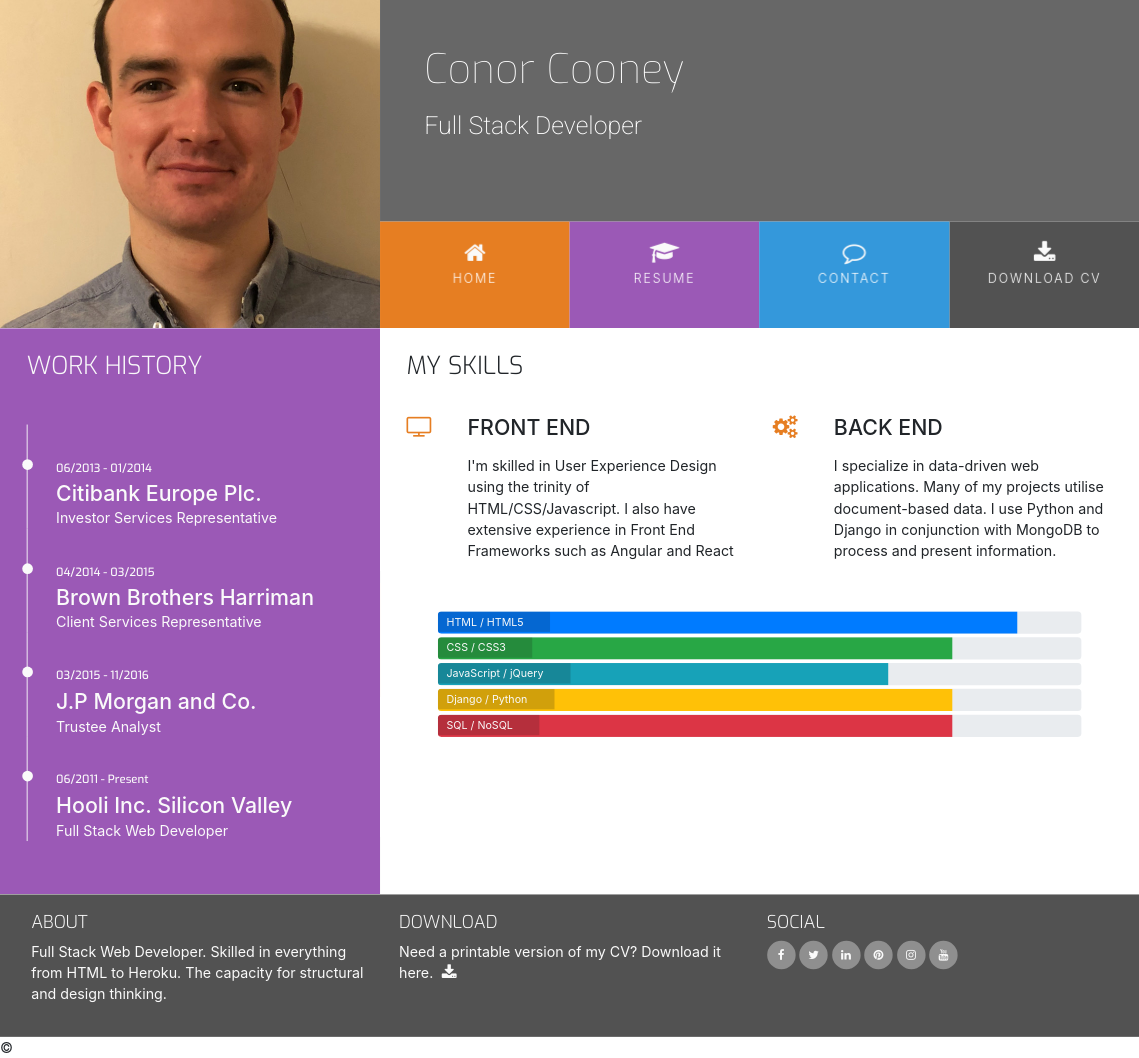
Repository: ConorTC1990/CONORCOONEY
Page: resume.html
The author's editor kept a record of every edit. The page is drawn from the files as they stood at one moment, then again after the next edit.
The browser window is 1280 px wide. The pictures show the whole page, at 89% of full size.
Some web libraries are served in a nearby version.

Above is the page before.

### resume.html
<!DOCTYPE html>
<html lang="en">
<head>
    <meta charset="UTF-8">
    <meta name="viewport" content="width=device-width, initial-scale=1.0">
    <meta http-equiv="X-UA-Compatible" content="ie=edge">
    <link rel="stylesheet" href="https://maxcdn.bootstrapcdn.com/bootstrap/4.2.1/css/bootstrap.min.css" type="text/css" />
    <link rel="stylesheet" href="https://maxcdn.bootstrapcdn.com/font-awesome/4.7.0/css/font-awesome.min.css" type="text/css" />
    <link rel="stylesheet" href="https://cdnjs.cloudflare.com/ajax/libs/hover.css/2.1.1/css/hover-min.css" type="text/css" />
    <link rel="stylesheet" href="assets/css/style.css">
    <title>Rosie</title>
</head>
<body>
    <header>
        <div class="row no-gutters">
            <a class="col-md-4 logo" href="02-index.html"></a>
            <div class="col-md-8">
                <div class="row no-gutters bg-color-name-title">
                    <div class="col heading">
                        <h1 class="name">Conor Cooney</h1>
                        <h2 class="title"> Full Stack Developer</h2>
                    </div>
                </div>
                <div class="row no-gutters">
                    <div class="col">
                        <ul id="nav" class="list-inline menucontainer">
                            <li class="col-6 col-sm-3 list-inline-item ui-menu-color-home menuitem">
                                <a href="index.html" class="hvr-sweep-to-bottom"><i class="fa fa-home" aria-hidden="true"></i><span>Home</span></a>
                            </li>
                            <li class="col-6 col-sm-3 list-inline-item ui-menu-color-resume menuitem">
                                <a href="resume.html" class="hvr-sweep-to-bottom"><i class="fa fa-graduation-cap" aria-hidden="true"></i><span>Resume</span></a>
                            </li>
                            <li class="col-6 col-sm-3 list-inline-item ui-menu-color-contact menuitem">
                                <a href="contact.html" class="hvr-sweep-to-bottom"><i class="fa fa-comment-o" aria-hidden="true"></i><span>Contact</span></a>
                            </li>
                            <li class="col-6 col-sm-3 list-inline-item ui-menu-color-download menuitem">
                                <a href="assets/CV/CV_May_2019.pdf" target="_blank" class="hvr-sweep-to-bottom"><i class="fa fa-download" aria-hidden="true"></i><span>Download CV</span></a>
                            </li>
                        </ul>
                    </div>
                </div>
            </div>
        </div>
    </header>
    <section class="container-fluid">
        <div class="row">
            <div class="col-md-4 bg-color-work-history section-column">
                <div class="row">
                    <div class="col-12">
                        <h3 class="history-heading uppercase">
                            Work History
                        </h3>
                    </div>
                </div>
                <div class="history-items">
                    <div class="timeline-item" data-dates="06/2013 - 01/2014">
                        <h4>Citibank Europe Plc.</h4>
                        <p>Investor Services Representative</p>
                    </div>
                    <div class="timeline-item" data-dates="04/2014 - 03/2015">
                        <h4>Brown Brothers Harriman </h4>
                        <p>Client Services Representative</p>
                    </div>
                    <div class="timeline-item" data-dates="03/2015 - 11/2016">
                        <h4>J.P Morgan and Co.</h4>
                        <p>Trustee Analyst</p>
                    </div>
                    <div class="timeline-item" data-dates="06/2011 - Present">
                        <h4>Hooli Inc. Silicon Valley</h4>
                        <p>Full Stack Web Developer</p>
                    </div>
                </div>
            </div>
            <div class="col-md-8 bg-color-three-reasons section-column">
                <div class="row">
                    <div class="col">
                        <h3 class="section-heading uppercase">My Skills</h3>
                    </div>
                </div>
                <div class="row">
                    <div class="col-10 offset-1 offset-sm-0 col-sm-4 col-md-6">
                        <div class="row">
                            <div class="col-2">
                                <i class="three-reasons-icon fa fa-tv" aria-hidden="true"></i>
                            </div>
                            <div class="col-10">
                                <h4 class="three-reasons-heading uppercase">Front End</h4>
                                <p>
                                    I'm skilled in User Experience Design using the trinity of HTML/CSS/Javascript. I also have extensive experience in Front End Frameworks such as Angular and React
                                </p>
                            </div>
                        </div>
                    </div>
                    <div class="col-10 offset-1 offset-sm-0 col-sm-4 col-md-6">
                        <div class="row">
                            <div class="col-2">
                                <i class="three-reasons-icon fa fa-gears" aria-hidden="true"></i>
                            </div>
                            <div class="col-10">
                                <h4 class="three-reasons-heading uppercase">Back End</h4>
                                <p>
                                    I specialize in data-driven web applications. Many of my projects utilise document-based data. I use Python and Django in conjunction with MongoDB to process and present information.
                                </p>
                            </div>
                        </div>
                    </div>
                </div>
                <div class="row progress-section">
                    <div class="col">
                        <div class="progress">
                            <div class="progress-bar" role="progressbar" aria-valuenow="90" aria-valuemin="0" aria-valuemax="100" style="width:90%;">
                                <span class="sr-only">90% complete</span>
                            </div>
                            <span class="progress-type">HTML / HTML5</span>
                        </div>
                        <div class="progress">
                            <div class="progress-bar bg-success" role="progressbar" aria-valuenow="80" aria-valuemin="0" aria-valuemax="100" style="width:80%;">
                                <span class="sr-only">80% complete</span>
                            </div>
                            <span class="progress-type">CSS / CSS3</span>
                        </div>
                        <div class="progress">
                            <div class="progress-bar bg-info" role="progressbar" aria-valuenow="70" aria-valuemin="0" aria-valuemax="100" style="width:70%;">
                                <span class="sr-only">70% complete</span>
                            </div>
                            <span class="progress-type">JavaScript / jQuery</span>
                        </div>
                        <div class="progress">
                            <div class="progress-bar bg-warning" role="progressbar" aria-valuenow="80" aria-valuemin="0" aria-valuemax="100" style="width:80%;">
                                <span class="sr-only">80% complete</span>
                            </div>
                            <span class="progress-type">Django / Python</span>
                        </div>
                        <div class="progress">
                            <div class="progress-bar bg-danger" role="progressbar" aria-valuenow="80" aria-valuemin="0" aria-valuemax="100" style="width:80%;">
                                <span class="sr-only">80% complete</span>
                            </div>
                            <span class="progress-type">SQL / NoSQL</span>
                        </div>
                    </div>
                </div>
            </div>
        </div>

    </section>
    <footer class="container-fluid">
        <div id="footer-details" class="row">
            <div class="col-sm-4">
                <h5 class="uppercase general-sub">About</h5>
                <p class="inline-block">
                    Full Stack Web Developer. Skilled in everything from HTML to Heroku. The capacity for structural and design thinking.
                </p>
            </div>
            <div class="col-sm-4">
                <h5 class="uppercase general-sub">Download</h5>
                <p class="inline-block">
                    Need a printable version of my CV? Download it here.
                    <a href="assets/CV/CV_May_2019.pdf" target="_blank" class="cv-pdf">
                        <i class="fa fa-download" aria-hidden="true"></i>
                        <span class="sr-only">Download link.</span>
                    </a>
                </p>
            </div>
            <div class="col-sm-4">
                <h5 class="uppercase general-sub">Social</h5>
                <ul class="list-inline social-links">
                    <li class="list-inline-item">
                        <a target="_blank" href="#">
                            <i class="fa fa-facebook" aria-hidden="true"></i>
                            <span class="sr-only">Facebook</span>
                        </a>
                    </li>
                    <li class="list-inline-item">
                        <a target="_blank" href="#">
                            <i class="fa fa-twitter" aria-hidden="true"></i>
                            <span class="sr-only">Twitter</span>
                        </a>
                    </li>
                    <li class="list-inline-item">
                        <a target="_blank" href="#">
                            <i class="fa fa-linkedin" aria-hidden="true"></i>
                            <span class="sr-only">LinkedIn</span>
                        </a>
                    </li>
                    <li class="list-inline-item">
                        <a target="_blank" href="#">
                            <i class="fa fa-pinterest" aria-hidden="true"></i>
                            <span class="sr-only">Pinterest</span>
                        </a>
                    </li>
                    <li class="list-inline-item">
                        <a target="_blank" href="#">
                            <i class="fa fa-instagram" aria-hidden="true"></i>
                            <span class="sr-only">Instagram</span>
                        </a>
                    </li>
                    <li class="list-inline-item">
                        <a target="_blank" href="#">
                            <i class="fa fa-youtube" aria-hidden="true"></i>
                            <span class="sr-only">YouTube</span>
                        </a>
                    </li>
                </ul>
            </div>
        </div>
    </footer>
</body>
</html>
©

### assets/css/style.css
@import url('https://fonts.googleapis.com/css?family=Roboto:100,200,300,400,500,600,700|Exo:100,200,300,400,500,600,700');

/*--------------------------------------------Colors*/

.bg-color-name-title {
    background-color: #676767;
}

.bg-color-three-reasons {
    background-color: #fff;
}

.bg-color-personal-info {
    background-color: #f4f4f4;
}

.bg-color-work-history {
    background-color: #9b59b6;
}

.bg-color-contact {
    background-color: #fff;
}

.ui-menu-color-home {
    background-color: #e67e22;
}

.ui-menu-color-resume {
    background-color: #9b59b6;
}

.ui-menu-color-contact {
    background-color: #3498db;
}

.ui-menu-color-download {
    background-color: #525252;
}

.row-table {
    display: table;
}

.section-column {
    display: table-cell;
    padding: 0 30px 30px;
    float: none;
}

.section-heading {
    font-family: "Exo", sans-serif;
    font-weight: 300;
    margin-top: 25px;
    margin-bottom: 40px;
}

/* ----------------------------------------Special paddings/margins/text */

h1,
h2,
h3,
h4 {
    margin: 0;
}

.uppercase {
    text-transform: uppercase;
}

.general-sub {
    font-family: "Exo", sans-serif;
    font-weight: 300;
    color: #fafafa;
}

.inline-block {
    display: inline-block;
}

.row-table {
    display: table;
}

.section-column {
    display: table-cell;
    padding: 0 30px 30px;
    float: none;
}

.history-heading,
.section-heading {
    font-family: "Exo", sans-serif;
    font-weight: 300;
    margin-top: 25px;
    margin-bottom: 40px;
}

/*--------------------------------------------Heading*/

header {
    margin: 0;
}

.heading {
    margin-left: 50px;
}

.logo {
    background: url("../images/IMG-0902.JPG");
    background-position: center;
    background-repeat: no-repeat;
    background-size: cover;
    min-height: 360px;
    transition: all .5s ease-in-out;
    -moz-transition: all .5s ease-in-out;
    -webkit-transition: all .5s ease-in-out;
}

.name {
    font-family: "Exo", sans-serif;
    font-weight: 100;
    font-size: 46px;
    margin-top: 50px;
    color: #fff;
}

.title {
    font-family: "Roboto", sans-serif;
    font-weight: 200;
    font-size: 28px;
    margin-top: 20px;
    margin-bottom: 90px;
    color: #fff;
}

.list-inline-item:not(:last-child) {
    margin: 0;
}

.menucontainer {
    font-size: 0;
}

#nav li {
    font-size: 14px;
    padding: 0;
}

#nav {
    margin: 0;
}

.menuitem {
    height: 120px;
    text-align: center;
    padding: 0;
}

.menuitem a {
    width: 100%;
    text-decoration: none;
    color: #fff;
    height: 120px;
}

.menuitem a i {
    padding-top: 22px;
    display: block;
    color: #fafafa;
    font-size: 26px;
}

.menuitem span {
    display: block;
    width: 100%;
    padding-top: 5px;
    text-align: center;
    text-transform: uppercase;
    font-size: 14px;
    font-weight: 300;
    letter-spacing: 2px;
}

/*--------------------------------------------Hover.css*/

.hvr-sweep-to-bottom:before {
    background: rgba(0, 0, 0, 0.2);
    height: 120px;
}

/* ----------------------------------------Footer */

footer {
    background-color: #525252;
    color: #fafafa;
    min-height: 120px;
    margin: 0;
}

.cv-pdf i {
    font-size: 18px;
    color: #fafafa;
    text-align: center;
    padding-left: 5px;
    transition: all 0.35s ease-in-out;
    -moz-transition: all 0.35s ease-in-out;
    -webkit-transition: all 0.35s ease-in-out;
    -o-transition: all 0.35s ease-in-out;
}

.cv-pdf i:hover {
    color: #e84610;
}

.social-links {
    padding-bottom: 15px;
}

.social-links li a i {
    width: 32px;
    height: 32px;
    padding: 12px 0;
    border-radius: 50%;
    font-size: 13px;
    line-height: 7px;
    text-align: center;
    color: #fafafa;
    background: #8f8f8f;
    transition: all 0.35s ease-in-out;
    -moz-transition: all 0.35s ease-in-out;
    -webkit-transition: all 0.35s ease-in-out;
    -o-transition: all 0.35s ease-in-out;
}

.social-links li a i:hover {
    background: #e84610;
}

#footer-details {
    padding: 20px;
}

/* ----------------------------------------Three Reasons */

.three-reasons-icon {
    font-size: 26px;
    color: #e67e22;
}

.three-reasons-heading {
    margin-bottom: 15px;
}

/* ----------------------------------------Personal Info */

.personal-info-item {
    margin-bottom: 20px;
    display: block;
    clear: both;
}

.personal-info-item .key,
.personal-info-item .value {
    padding-right: 8px;
    display: inline-block;
}

.personal-info-item .key p,
.personal-info-item .value p {
    margin: 0;
}

.personal-info-item .key {
    width: 30%;
    margin-right: 21px;
    padding-top: 2px;
    vertical-align: top;
}

.personal-info-item .key p {
    font-weight: 700;
}

.personal-info-item .value {
    position: relative;
    width: 60%;
}

/* ----------------------------------------Skills */

.progress {
    position: relative;
    height: 25px;
    margin-bottom: 4px;
}

.progress-type {
    position: absolute;
    left: 0px;
    font-weight: 400;
    padding: 3px 30px 2px 10px;
    color: #fafafa;
    background-color: rgba(25, 25, 25, 0.2);
}

.progress-section {
    margin: 40px 20px;
}

/* ----------------------------------------Work History */

.history-heading {
    color: #fafafa;
    margin-bottom: 50px;
}

.timeline-item {
    padding: 4em 2em 0em 2em;
    position: relative;
    color: #fafafa;
    border-left: 1px solid;
}

.timeline-item p {
    padding: 0;
    margin: 0;
}

.timeline-item:before {
    content: attr(data-dates);
    position: absolute;
    left: 2.5em;
    top: 3em;
    display: block;
    font-family: "Exo", sans-serif;
    font-weight: 500;
    font-size: 0.8em;
    padding: 0;
    margin: 0;
}

.timeline-item:after {
    width: 12px;
    height: 12px;
    display: block;
    top: 2.4em;
    position: absolute;
    left: -6px;
    border-radius: 12px;
    content: '';
    background: #fafafa;
}

.history-items {
    margin-bottom: 30px;
}

/* ----------------------------------------Contact Form */

.contact-heading {
    font-family: "Exo", sans-serif;
    font-weight: 300;
    margin-top: 25px;
    margin-bottom: 20px;
}

.center-form {
    padding-top: 10px;
    margin: 0 auto;
    max-width: 70%;
}

button[type="submit"] {
    margin-top: 15px;
    margin-bottom: 20px;
    color: #fafafa;
    background-color: #e84610;
}

/* ----------------------------------------Media Queries */

@media(min-width: 992px) {
    .center-form {
        padding-top: 30px;
        min-height: 240px;
        margin: 0 auto;
        max-width: 50%;
    }
}

After the next edit:
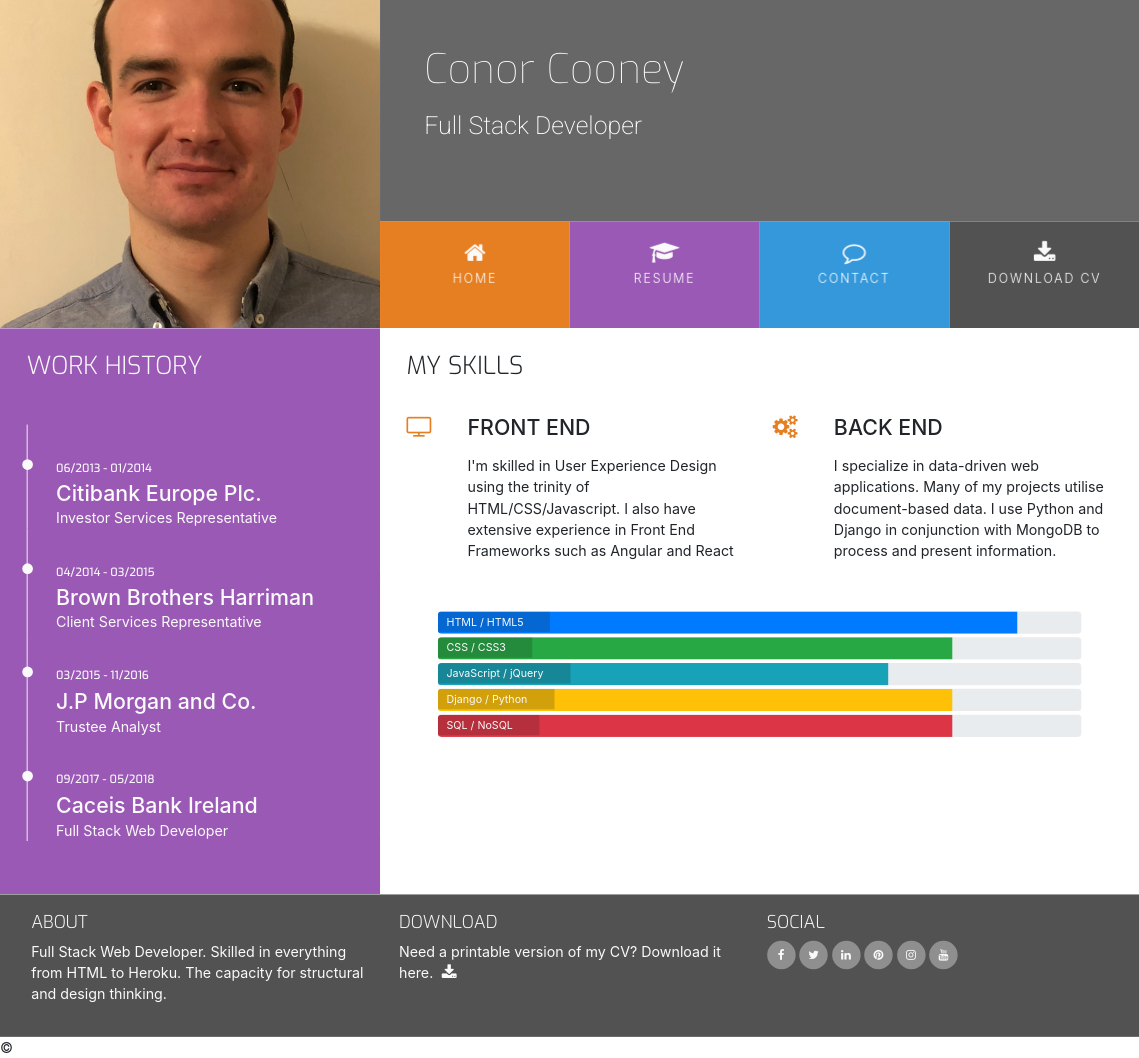
The edit:
--- a/resume.html
+++ b/resume.html
@@ -65,8 +65,8 @@
                         <h4>J.P Morgan and Co.</h4>
                         <p>Trustee Analyst</p>
                     </div>
-                    <div class="timeline-item" data-dates="06/2011 - Present">
-                        <h4>Hooli Inc. Silicon Valley</h4>
+                    <div class="timeline-item" data-dates="09/2017 - 05/2018">
+                        <h4>Caceis Bank Ireland</h4>
                         <p>Full Stack Web Developer</p>
                     </div>
                 </div>
